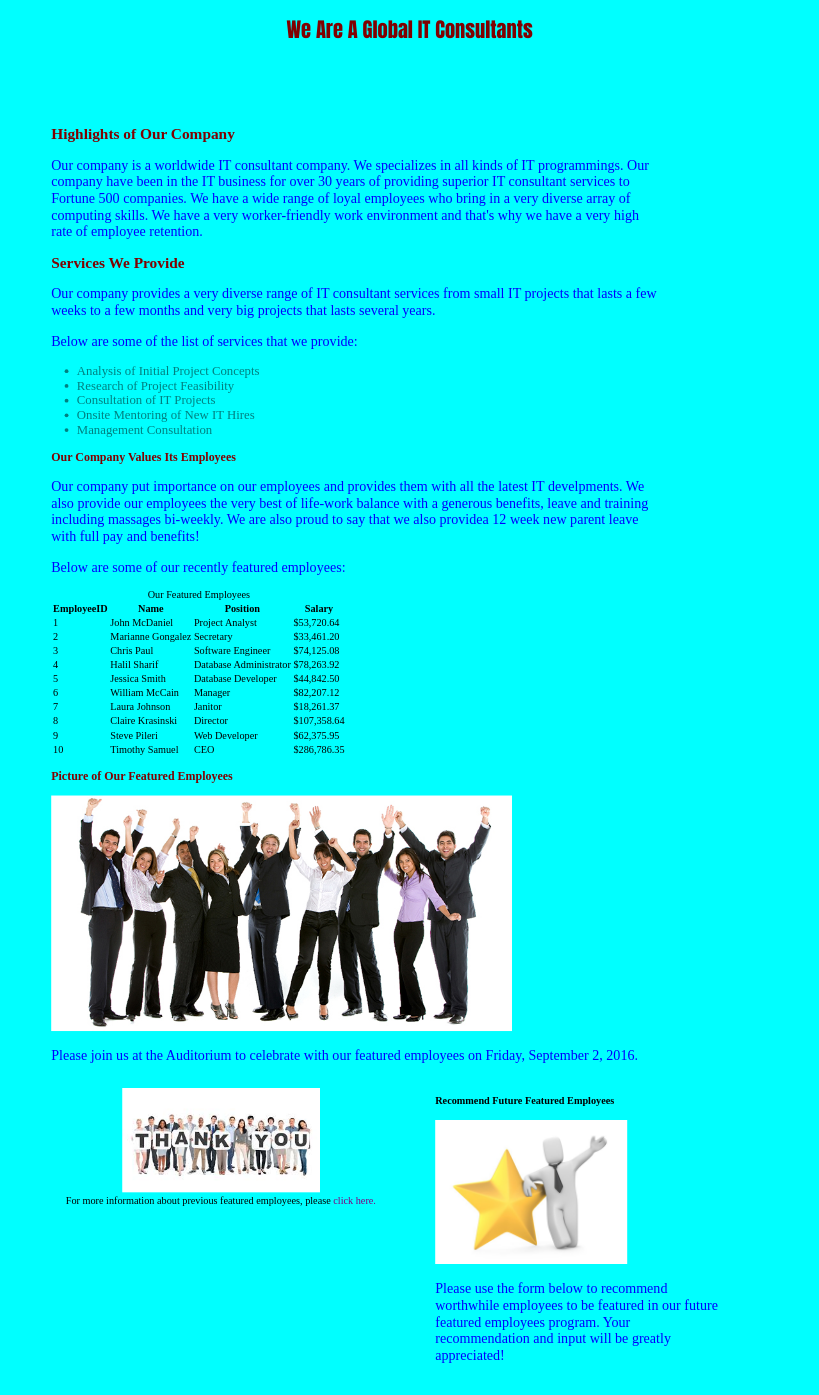
Repository: myjavaweb2/Week5JDBCAssignments
Page: myweek4project/src/main/webapp/index.html
These files come from the project's save history. The page is drawn as it stood at one moment and after the next save; the edit follows.
The browser window is 1280 px wide. The pictures show the whole page, at 64% of full size.

Above is the page before, as saved 2016-08-26 18:18:26.

After the next save:
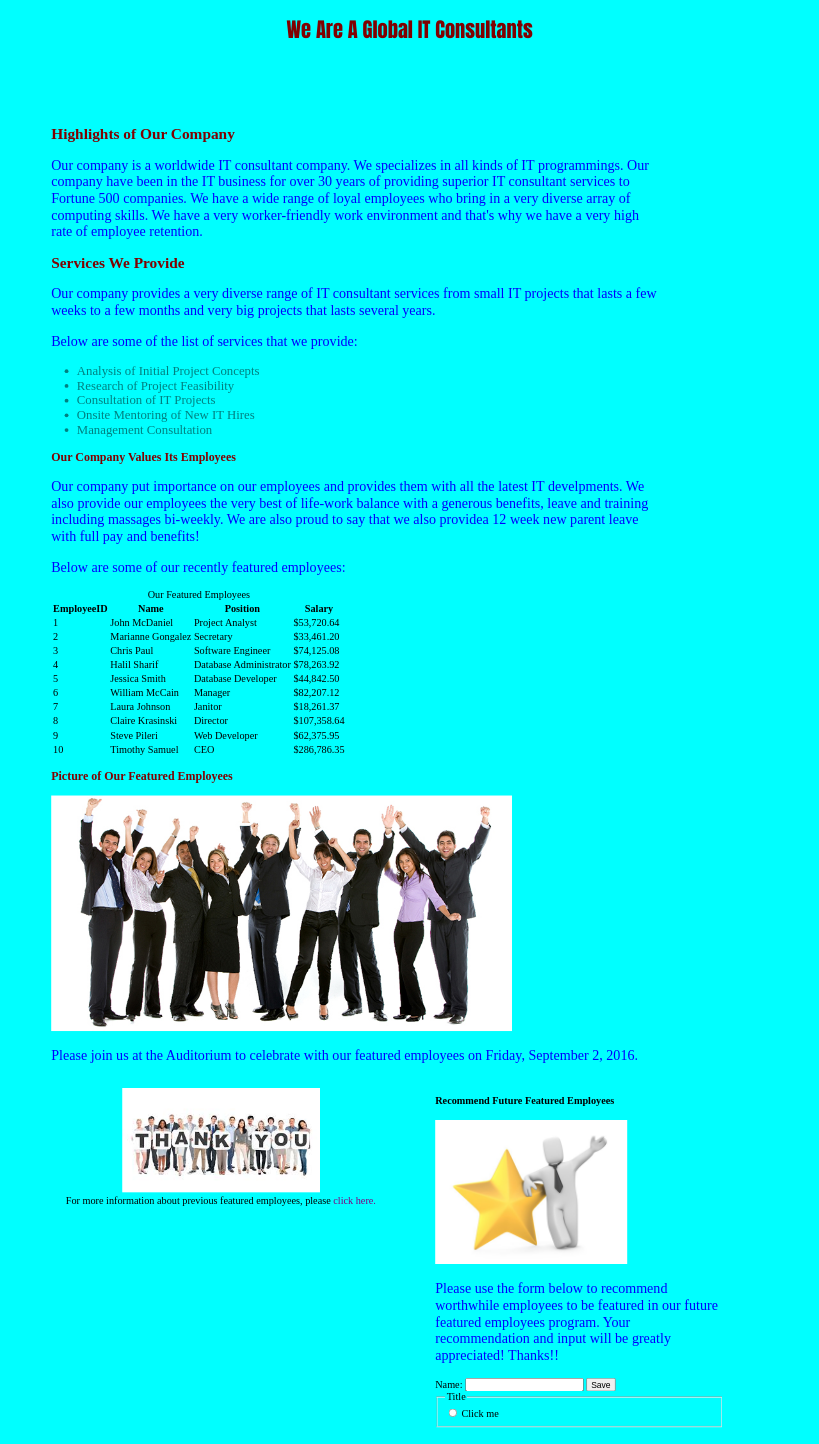
Saved 14 min 51 s later.
--- a/myweek4project/src/main/webapp/index.html
+++ b/myweek4project/src/main/webapp/index.html
@@ -137,7 +137,21 @@ on Friday, September 2, 2016.</p>
 
 <p>Please use the form below to recommend worthwhile employees to be featured
 in our future featured employees program. Your recommendation and input will
-be greatly appreciated!</p>
+be greatly appreciated! Thanks!!</p>
+
+<form action="" method="post">
+  <label for="POST-name">Name:</label>
+  <input id="POST-name" type="text">
+  <input type="submit" value="Save">
+</form>
+
+<!-- Form with fieldset, legend, and label -->
+<form action="" method="post">
+  <fieldset>
+    <legend>Title</legend>
+    <input type="radio" id="radio"> <label for="radio">Click me</label>
+  </fieldset>
+</form>
 
 
 </aside>
